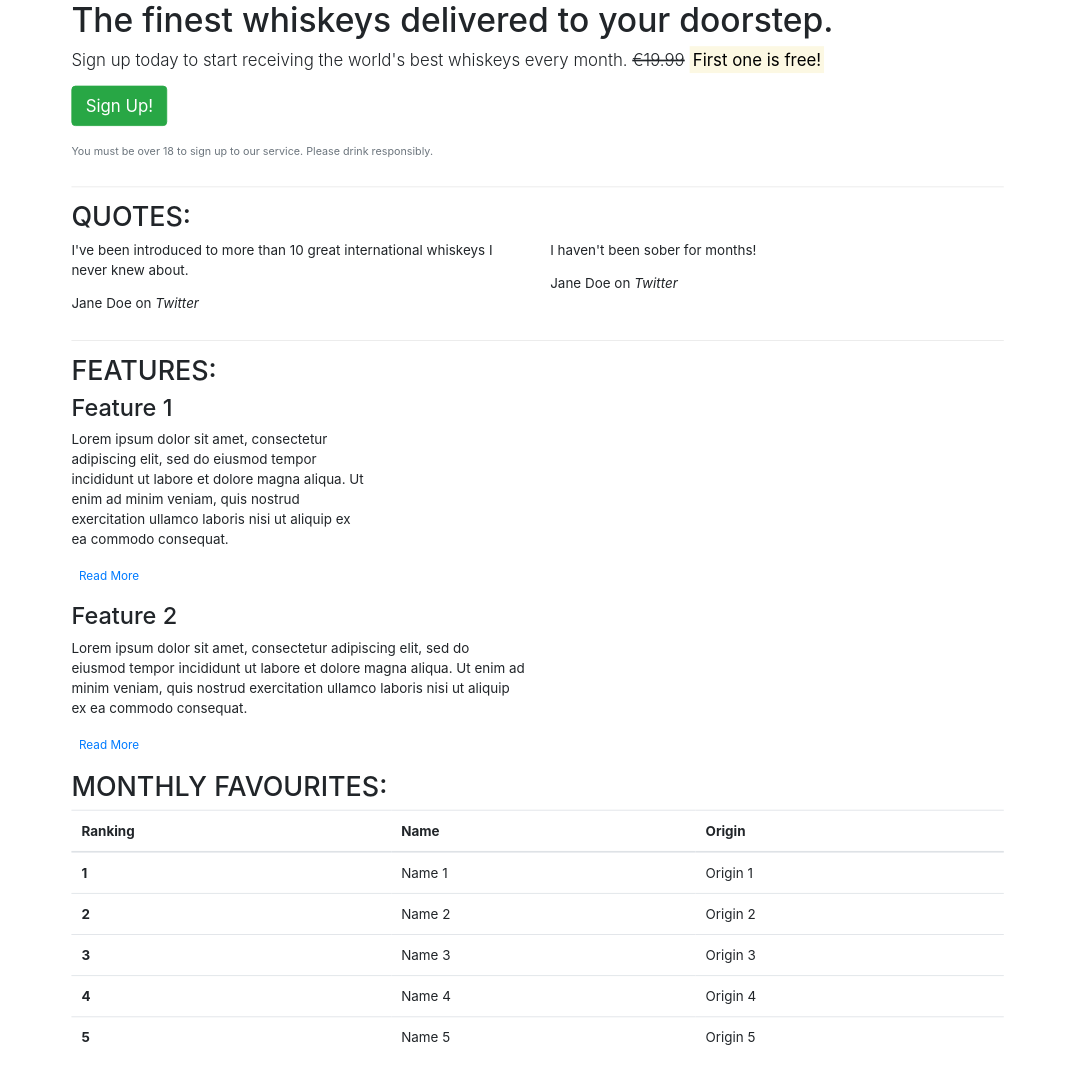
Repository: ElaineArchbold/bootstrap_landing_page1
Page: index.html
The author's editor kept a record of every edit. The page is drawn from the files as they stood at one moment, then again after the next edit.
The browser window is 1280 px wide. The pictures show the whole page, at 84% of full size.

Above is the page before.

### index.html
<!DOCTYPE html>
<html lang="en-us">

<head>
    <meta charset="utf-8">
    <meta name="viewport" content="width=device-width, initial-scale=1.0">
    <title>Whiskey Drop | Taste a new whiskey every month</title>
    <link rel="stylesheet" href="https://maxcdn.bootstrapcdn.com/bootstrap/4.1.3/css/bootstrap.min.css">
</head>

<body>
    <article class="container">
        <!-- Callout -->
        <div class="row">
            <div class="col-12">
                <section class="callout">
                    <h1>The finest whiskeys delivered to your doorstep.</h1>
                    <p class="lead">Sign up today to start receiving the world's best whiskeys every month. <s>€19.99</s> <strong><mark>First one is free!</mark></strong></p>
                    <p><button class="btn btn-lg btn-success">Sign Up!</button></p>
                    <p class="text-muted"><small>You must be over 18 to sign up to our service. Please drink responsibly.</small></p>
                </section>
            </div>
        </div>
        <!-- /.callout -->
        <hr>

        <!-- Quotes -->
        <section class="quotes">
            <div class="row">
                <div class="col-12">
                    <h2 class="text-uppercase">Quotes:</h2>
                </div>
            </div>
            <div class="row">
                <div class="col-12 col-md-6">
                    <!--this makes the quotes side by side on a medium screen-->
                    <blockquote class="quote">
                        <p>I've been introduced to more than 10 great international whiskeys I never knew about.</p>
                        <footer>Jane Doe on <cite title="Twitter">Twitter</cite></footer>
                    </blockquote>
                </div>
                <div class="col-12 col-md-6">
                    <blockquote class="quote">
                        <p>I haven't been sober for months!</p>
                        <footer>Jane Doe on <cite title="Twitter">Twitter</cite></footer>
                    </blockquote>
                </div>
            </div>
        </section>
        <!-- /.quotes -->
        <hr>

        <!-- Features -->
        <section class="features">
            <div class="row">
                <div class="col-12">
                    <h2 class="text-uppercase">Features:</h2>
                </div>
            </div>
            <div class="row">
                <div class="col-12 col-md-6 col-lg-4">
                    <!--this will keep the features side by side but make them occupy a third of the row-->
                    <div class="feature">
                        <h3>Feature 1</h3>
                        <p>Lorem ipsum dolor sit amet, consectetur adipiscing elit, sed do eiusmod tempor incididunt ut labore et dolore magna aliqua. Ut enim ad minim veniam, quis nostrud exercitation ullamco laboris nisi ut aliquip ex ea commodo consequat.</p>
                        <p><a class="btn btn-sm btn-default" href="">Read More</a></p>
                    </div>
                </div>
                <div class="feature">
                    <div class="col-12 col-md-6">
                        <h3>Feature 2</h3>
                        <p>Lorem ipsum dolor sit amet, consectetur adipiscing elit, sed do eiusmod tempor incididunt ut labore et dolore magna aliqua. Ut enim ad minim veniam, quis nostrud exercitation ullamco laboris nisi ut aliquip ex ea commodo consequat.</p>
                        <p><a class="btn btn-sm btn-default" href="">Read More</a></p>
                    </div>
                </div>
                <div class="feature">
                    <div class="col-12 d-md-none">
                        <!-- on a medium screen, this wont be displayed -->
                        <h3>Feature 3</h3>
                        <p>Lorem ipsum dolor sit amet, consectetur adipiscing elit, sed do eiusmod tempor incididunt ut labore et dolore magna aliqua. Ut enim ad minim veniam, quis nostrud exercitation ullamco laboris nisi ut aliquip ex ea commodo consequat.</p>
                        <p><a class="btn btn-sm btn-default" href="">Read More</a></p>
                    </div>
                </div>
            </div>
        </section>
        <!-- /.features -->

        <section class="monthly-favourites">

            <h2 class="text-uppercase">Monthly Favourites:</h2>
            <table class="table">
                <thead>
                    <tr>
                        <th scope="col">Ranking</th>
                        <th scope="col">Name</th>
                        <th scope="col">Origin</th>
                    </tr>
                </thead>
                <tbody>
                    <tr>
                        <th scope="row">1</th>
                        <td>Name 1</td>
                        <td>Origin 1</td>
                    </tr>
                    <tr>
                        <th scope="row">2</th>
                        <td>Name 2</td>
                        <td>Origin 2</td>
                    </tr>
                    <tr>
                        <th scope="row">3</th>
                        <td>Name 3</td>
                        <td>Origin 3</td>
                    </tr>
                    <tr>
                        <th scope="row">4</th>
                        <td>Name 4</td>
                        <td>Origin 4</td>
                    </tr>
                    <tr>
                        <th scope="row">5</th>
                        <td>Name 5</td>
                        <td>Origin 5</td>
                    </tr>
                </tbody>
            </table>

        </section>
    </article>
</body>

</html>

After the next edit:
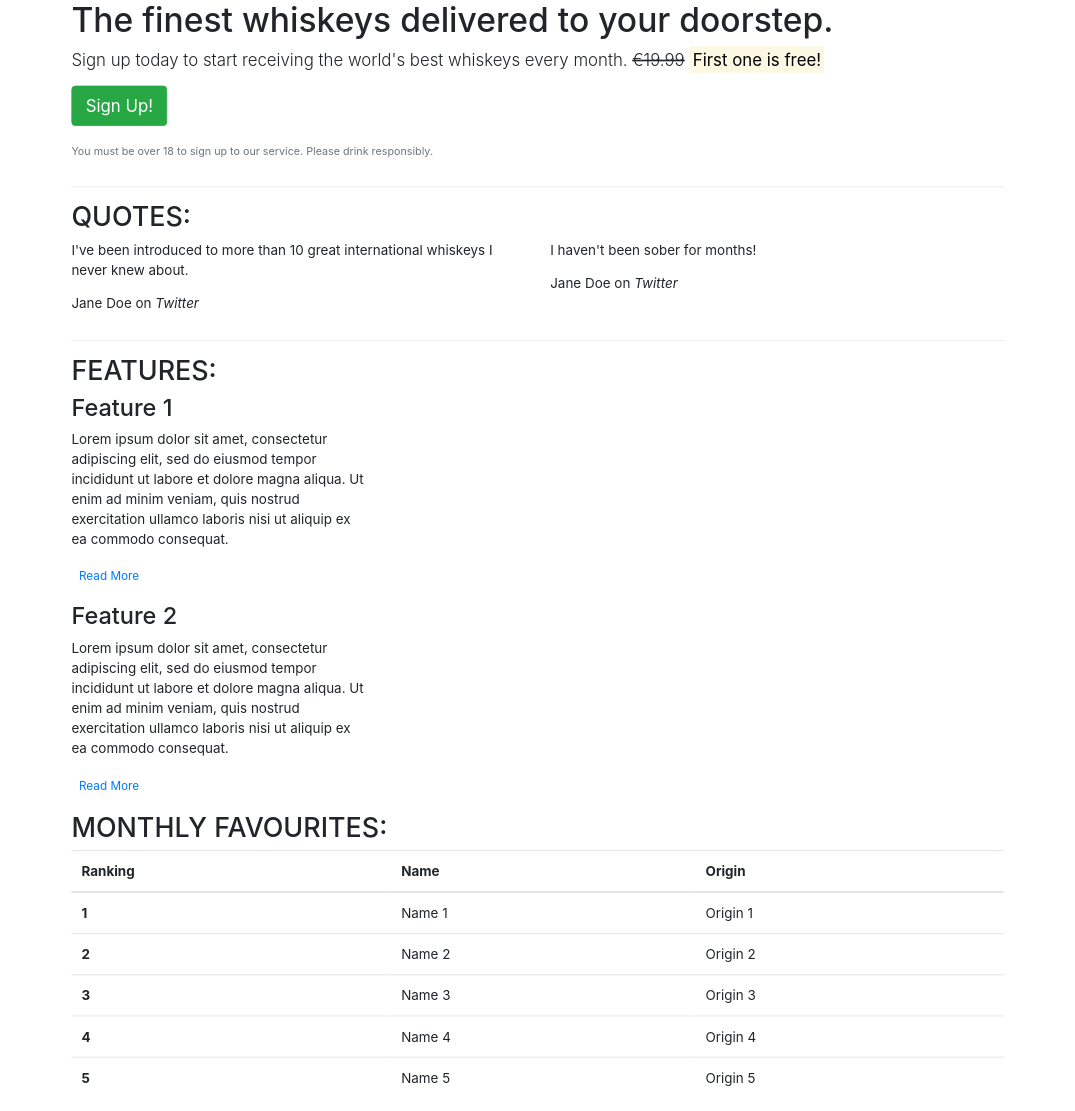
The edit:
--- a/index.html
+++ b/index.html
@@ -67,7 +67,7 @@
                     </div>
                 </div>
                 <div class="feature">
-                    <div class="col-12 col-md-6">
+                    <div class="col-12 col-md-6 col-lg-4">
                         <h3>Feature 2</h3>
                         <p>Lorem ipsum dolor sit amet, consectetur adipiscing elit, sed do eiusmod tempor incididunt ut labore et dolore magna aliqua. Ut enim ad minim veniam, quis nostrud exercitation ullamco laboris nisi ut aliquip ex ea commodo consequat.</p>
                         <p><a class="btn btn-sm btn-default" href="">Read More</a></p>
